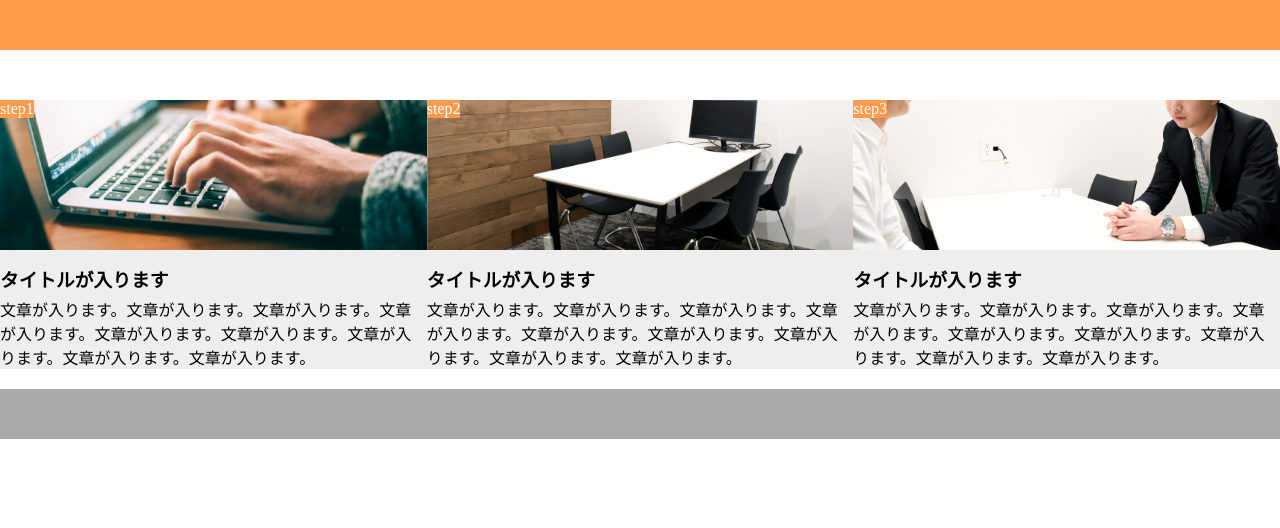
Repository: tttstk518/git-practice
Page: HTML/index.html
The author's editor kept a record of every edit. The page is drawn from the files as they stood at one moment, then again after the next edit.
The browser window is 1280 px wide. The pictures show the whole page.

Above is the page before.

### HTML/index.html
<!DOCTYPE html>
<html lang="ja">
  <head>
    <meta charset="UTF-8" />
    <title>9章演習</title>

    <!-- ビューポートの設定　-->
    <meta name="viewport" content="width=device-width,initial-scale=1">
    <!--　スタイルシートの読み込み　-->
    <link rel="stylesheet" href="style.css" />
  </head>

  <body>

    <header></header>

    <main>

      <div class="step-box">
        <div class="step-img1"></div>
        <span class="step-num">step1</span>
        <h3 class="title">タイトルが入ります</h3>
        <p class="text">
          文章が入ります。文章が入ります。文章が入ります。文章が入ります。文章が入ります。文章が入ります。文章が入ります。文章が入ります。文章が入ります。
        </p>
      </div>


      <div class="step-box">
        <div class="step-img2"></div>
        <span class="step-num">step2</span>
        <h3 class="title">タイトルが入ります</h3>
        <p class="text">
          文章が入ります。文章が入ります。文章が入ります。文章が入ります。文章が入ります。文章が入ります。文章が入ります。文章が入ります。文章が入ります。
        </p>
      </div>

      <div class="step-box">
        <div class="step-img3"></div>
        <span class="step-num">step3</span>
        <h3 class="title">タイトルが入ります</h3>
        <p class="text">
          文章が入ります。文章が入ります。文章が入ります。文章が入ります。文章が入ります。文章が入ります。文章が入ります。文章が入ります。文章が入ります。
        </p>
      </div>
    </main>

    <footer></footer>
  </body>
</html>

### HTML/style.css
* {
  box-sizing: border-box;
  margin: 0;
  padding: 0;
}

header {
  width: 100%;
  height: 50px;
  background-color: #ff9a4b;
}

main {
  width: 100%;
  margin-top: 50px;
  position: relative;
  display: flex;
}

.step-box {
  margin-bottom: 20px;
  position: relative;
  background-color: #eee;
}

.step-box:last-child {
  margin-bottom: 20px;
}

.step-img1 {
  height: 150px;
  background-image: url(img/flow01.png);
  background-position: bottom;
  background-size: cover;
}

.step-img2 {
  height: 150px;
  background-image: url(img/flow02.png);
  background-position: bottom;
  background-size: cover;
}

.step-img3 {
  height: 150px;
  background-image: url(img/flow03.png);
  background-position: bottom;
  background-size: cover;
}

.step-num {
  position: absolute;
  top: 0;
  left: 0;
  background-color: #ff9a4b;
  color: #fff;
}

.title {
  margin: 15px 0 5px;
}

footer {
  width: 100%;
  height: 50px;
  background-color: #aaa;
}

@media screen and (max-width: 768px) {

  header {
    width: 90%;
  }

  main {
    width: 90%;
    display: block;
  }

  footer {
    width: 90%;
  }
}

After the next edit:
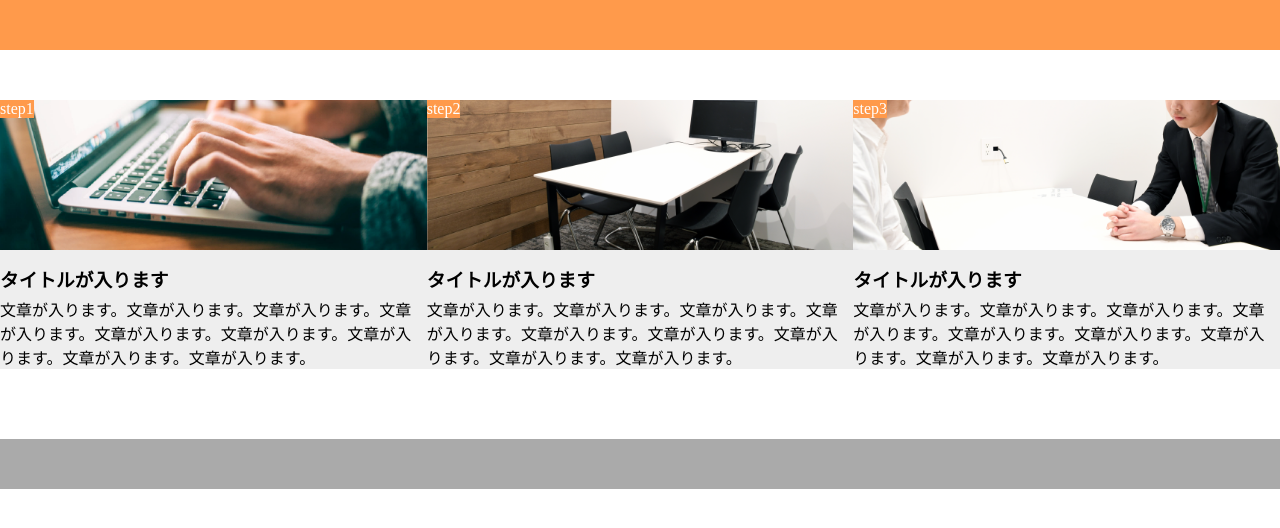
The edit:
--- a/HTML/style.css
+++ b/HTML/style.css
@@ -12,7 +12,7 @@
 
 main {
   width: 100%;
-  margin-top: 50px;
+  margin: 50px auto;
   position: relative;
   display: flex;
 }
